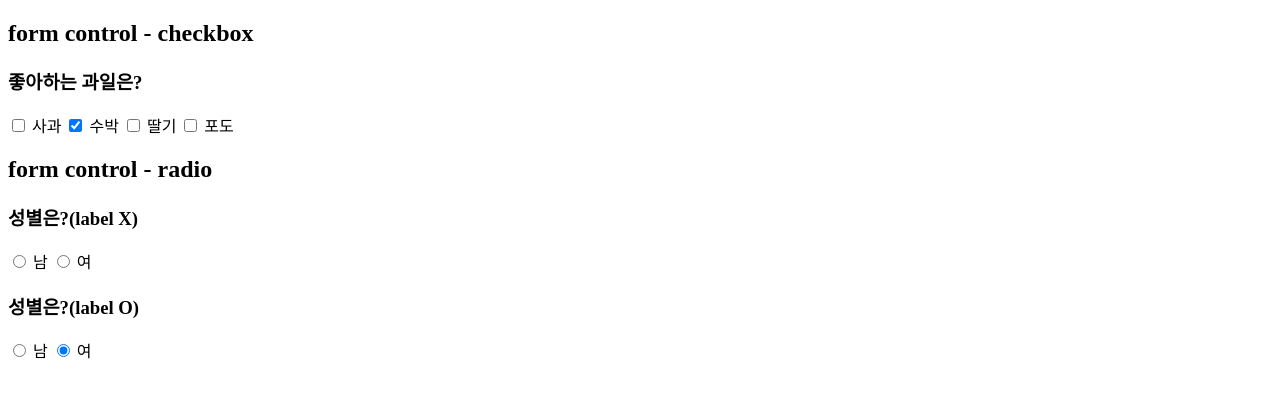
Repository: kjungyoun/Web_Study_2021
Page: web_front/WebContent/chap3/3-24.html
An editor plug-in stored every save of this project. The page is shown before and after the next save, followed by the edit.
The browser window is 1280 px wide. The pictures show the whole page.

Above is the page before, as saved 2021-03-02 04:37:04.

After the next save:
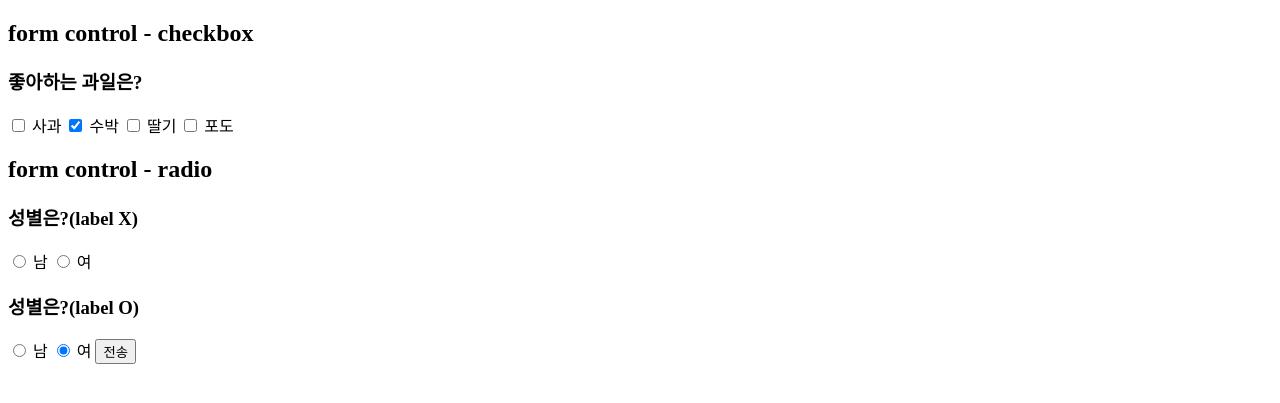
Saved 5 min 53 s later.
--- a/web_front/WebContent/chap3/3-24.html
+++ b/web_front/WebContent/chap3/3-24.html
@@ -5,7 +5,7 @@
 <title>form control</title>
 </head>
 <body>
-
+<form>
 	<h2>form control - checkbox</h2>
 	<h3>좋아하는 과일은?</h3>
 	<input type="checkbox" name="fruit" value="사과"> 사과
@@ -19,6 +19,8 @@
 	<h3>성별은?(label O)</h3>
 	<label><input type="radio" name="gender" value="m"> 남</label>
 	<label><input type="radio" name="gender" value="f" checked="checked"> 여</label>
+	<button type="submit">전송</button>
+</form>
 
 </body>
 </html>
